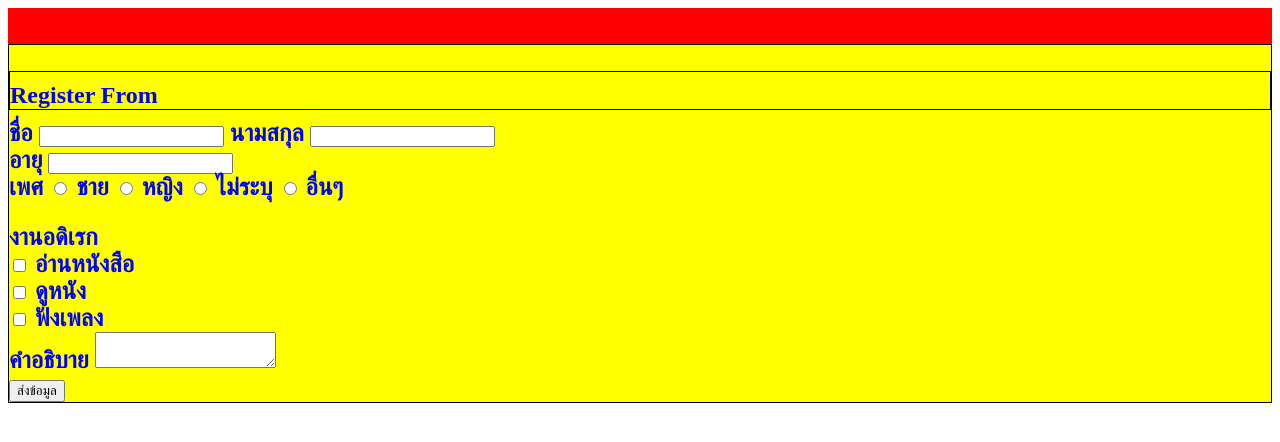
Repository: Onpreeya1/241-2567-820-
Page: index.html
An editor plug-in stored every save of this project. The page is shown before and after the next save, followed by the edit.
The browser window is 1280 px wide. The pictures show the whole page.

Above is the page before, as saved 2024-12-21 15:30:05.

After the next save:
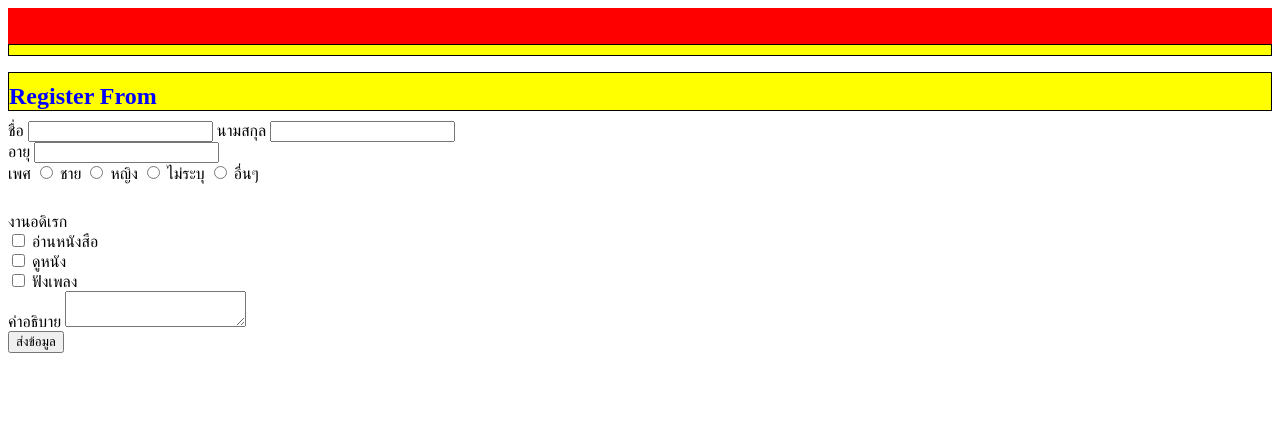
Saved 5 s later.
--- a/index.html
+++ b/index.html
@@ -40,7 +40,7 @@
 
 <body>
     <div class="box"></div>
-    <div id="register"
+    <div id="register"></div>
 
 
     <!-- from -->
